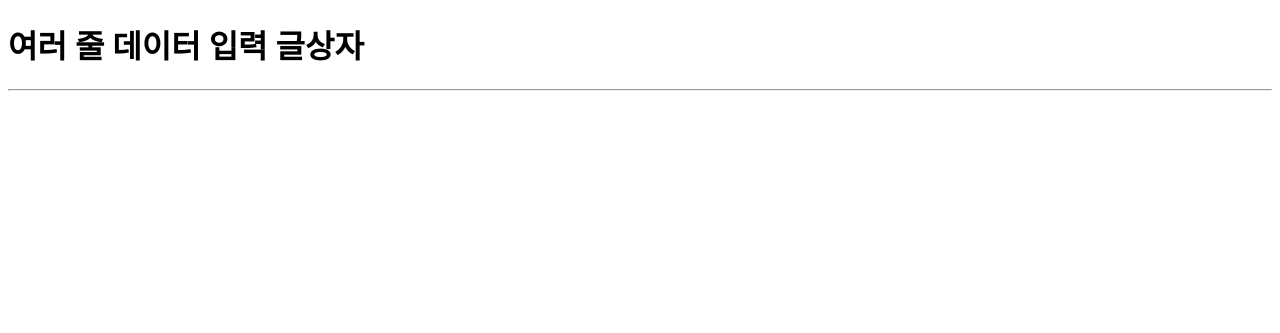
Repository: jp0301/WebStudy
Page: WebApp01/WebContent/Test021.html
These files come from the project's save history. The page is drawn as it stood at one moment and after the next save; the edit follows.
The browser window is 1280 px wide. The pictures show the whole page.

Above is the page before, as saved 2022-09-27 05:41:17.

After the next save:
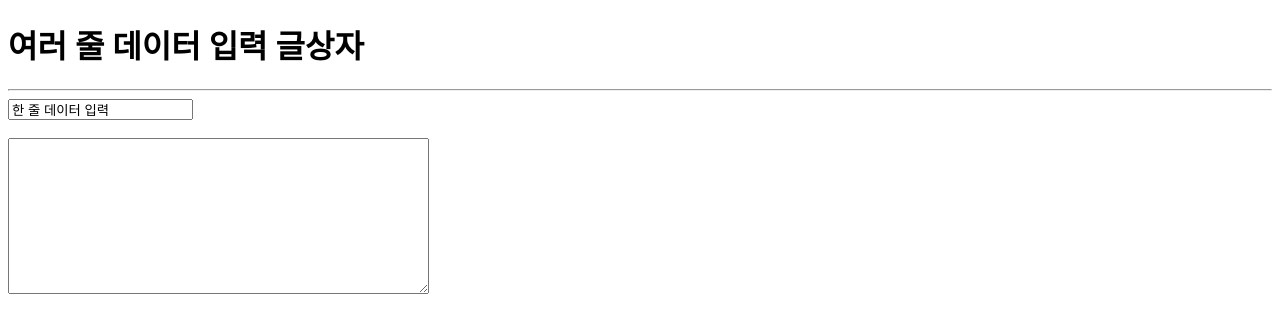
Saved 83 s later.
--- a/WebApp01/WebContent/Test021.html
+++ b/WebApp01/WebContent/Test021.html
@@ -11,7 +11,12 @@
 		<hr>
 	</div>
 
-
+	<div>
+		<form>
+			<input type="text" value="한 줄 데이터 입력"><br><br>
+			<textarea rows="10" cols="50"></textarea>
+		</form>
+	</div>
 
 </body>
 
